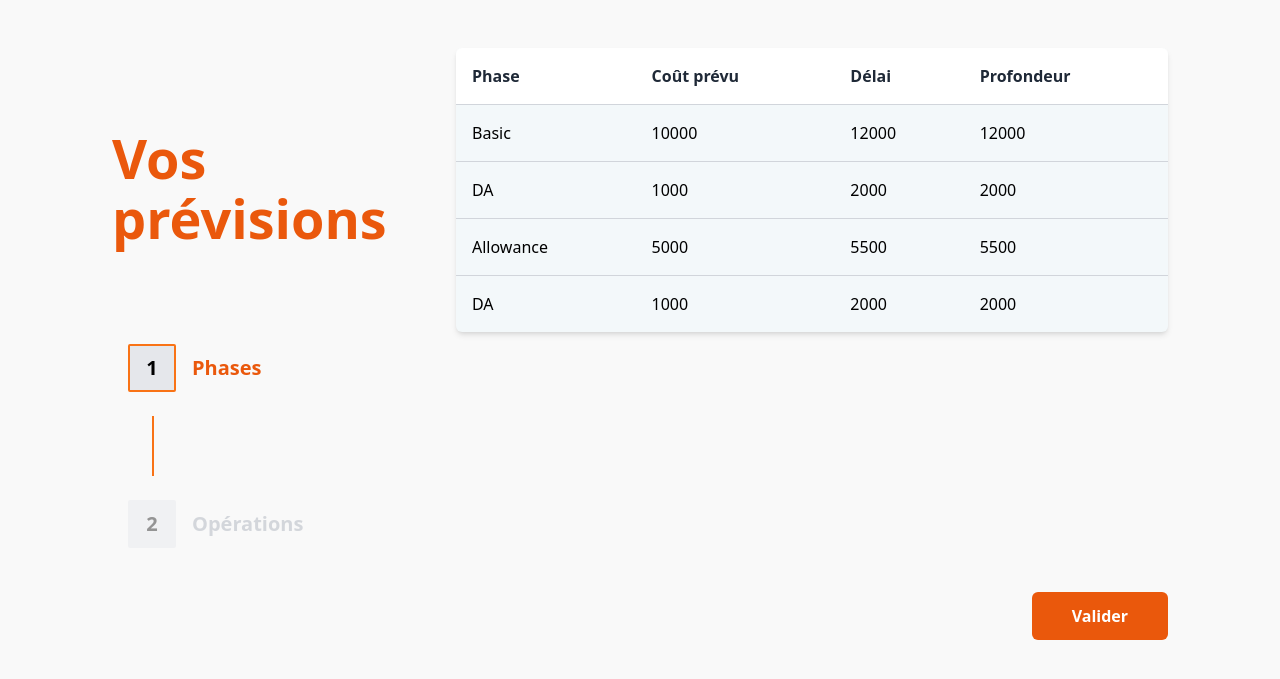
Repository: 123455675848484848484884848484/Projet_2cs
Page: /phasepre (app in front/)
These files come from the project's save history. The page is drawn as it stood at one moment and after the next save; the edit follows.
The browser window is 1280 px wide. The pictures show the whole page.
The project was rebuilt for these pictures with package versions that can differ from the ones it lists, and the page was loaded fresh each time. Also part of the build but not shown: front/src/App.css, front/src/LancerPuit.jsx, front/src/InformationPuit.jsx, front/src/MesPuits.jsx.

Above is the page before, as saved 2025-04-24 09:14:19.

After the next save:
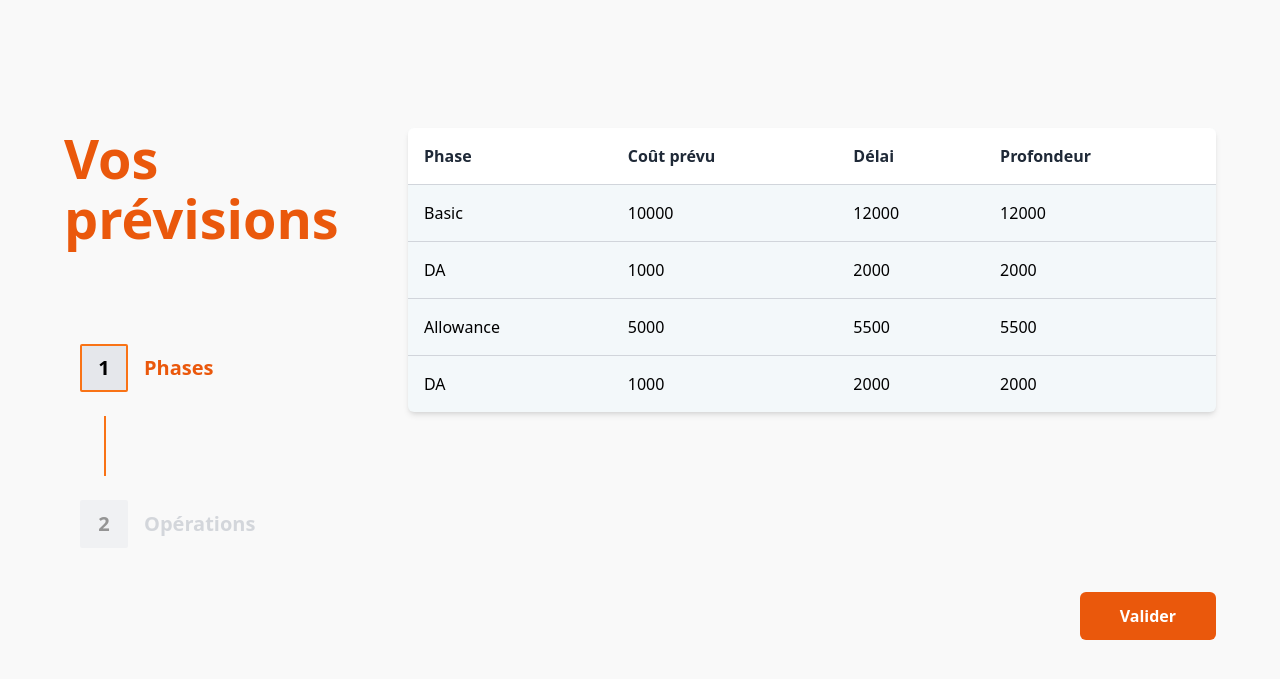
Saved 3 min 22 s later.
--- a/front/src/PhasesPrevision.jsx
+++ b/front/src/PhasesPrevision.jsx
@@ -20,7 +20,7 @@ const PhasesPrevision = () => {
   };
 
   return (
-    <div className="min-h-screen flex bg-[#f9f9f9] px-28 pt-12 pb-20">
+    <div className="min-h-screen flex bg-[#f9f9f9] px-16 pt-12 pb-20">
       {/* Colonne de gauche */}
       <div className="w-[280px] pt-20">
         <h1 className="text-[54px] font-bold text-orange-600 leading-[60px] mb-24">
@@ -44,7 +44,7 @@ const PhasesPrevision = () => {
       </div>
 
       {/* Contenu de droite */}
-      <div className="flex-1 pl-16 flex flex-col justify-between">
+      <div className="flex-1 pl-16 flex flex-col justify-between pt-20">
         <div className="bg-[#f3f8fa] rounded-md shadow-md overflow-hidden">
           <table className="w-full text-left text-[16px]">
             <thead className="bg-white">
@@ -68,7 +68,7 @@ const PhasesPrevision = () => {
           </table>
         </div>
 
-        <div className="flex justify-end mt-8">
+        <div className="flex justify-end w-full mt-auto pt-10">
           <button
             onClick={handleValider}
             className="bg-orange-600 hover:bg-orange-700 text-white px-10 py-3 rounded-md font-semibold text-[16px]"
